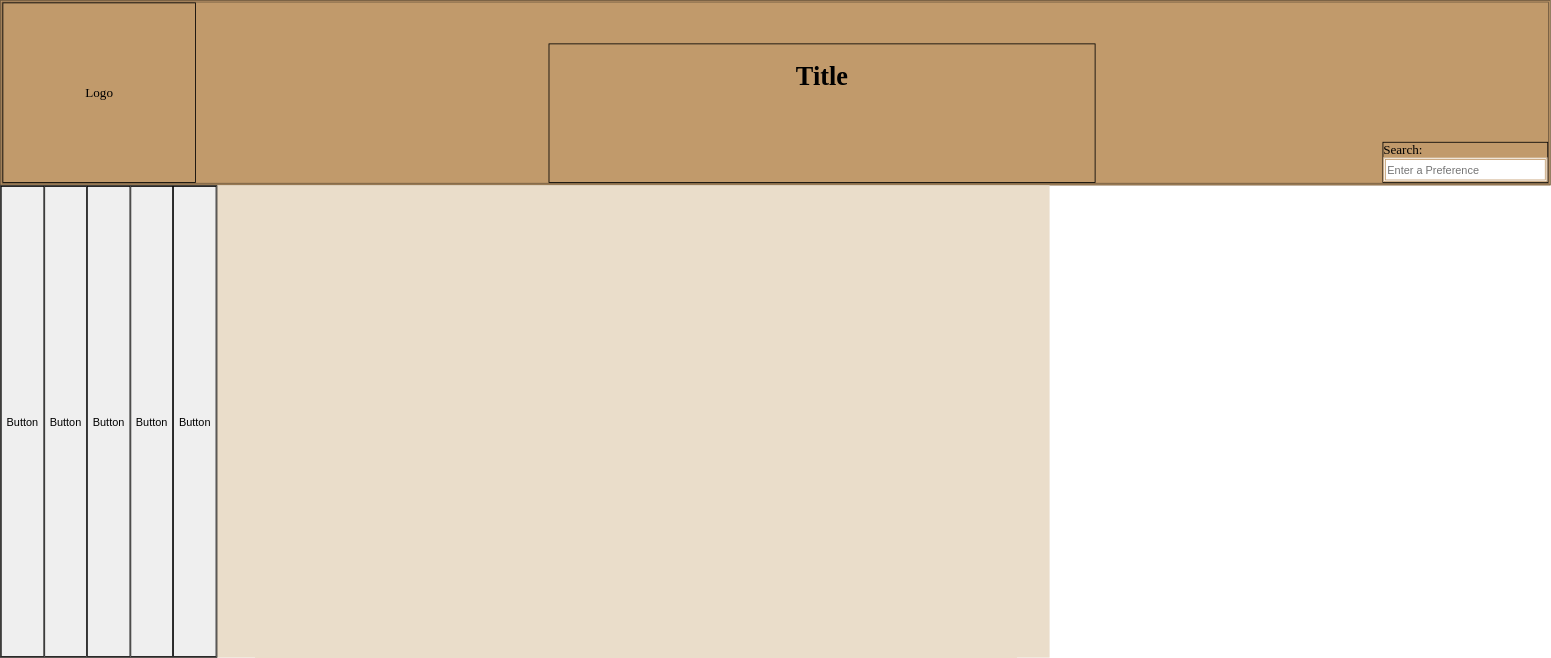
Repository: joshliu14/Travel-Mug
Page: /
An editor plug-in stored every save of this project. The page is shown before and after the next save, followed by the edit.
The browser window is 1280 px wide. The page is 1891 px wide, so the pictures cover 1891 px, including what lies to the right of the window. The pictures show the whole page, at 82% of full size.
The project was rebuilt for these pictures with package versions that can differ from the ones it lists, and the page was loaded fresh each time.

Above is the page before, as saved 2024-01-02 16:33:11.

### public/index.html
<!DOCTYPE html>
<html lang="en">
  <head>
    <meta charset="utf-8" />
    <link rel="icon" href="%PUBLIC_URL%/favicon.ico" />
    <link rel="stylesheet" href="./index.css" />
    <meta name="viewport" content="width=device-width, initial-scale=1" />
    <meta name="theme-color" content="#000000" />
    <meta
      name="description"
      content="Web site created using create-react-app"
    />
    <link rel="apple-touch-icon" href="%PUBLIC_URL%/logo192.png" />
    <!--
      manifest.json provides metadata used when your web app is installed on a
      user's mobile device or desktop. See https://developers.google.com/web/fundamentals/web-app-manifest/
    -->
    <link rel="manifest" href="%PUBLIC_URL%/manifest.json" />
    <!--
      Notice the use of %PUBLIC_URL% in the tags above.
      It will be replaced with the URL of the `public` folder during the build.
      Only files inside the `public` folder can be referenced from the HTML.

      Unlike "/favicon.ico" or "favicon.ico", "%PUBLIC_URL%/favicon.ico" will
      work correctly both with client-side routing and a non-root public URL.
      Learn how to configure a non-root public URL by running `npm run build`.
    -->
    <title>Travel Mug</title>
  </head>
  <body>
    <noscript>You need to enable JavaScript to run this app.</noscript>
    <div id="root"></div>
    <!--
      This HTML file is a template.
      If you open it directly in the browser, you will see an empty page.

      You can add webfonts, meta tags, or analytics to this file.
      The build step will place the bundled scripts into the <body> tag.

      To begin the development, run `npm start` or `yarn start`.
      To create a production bundle, use `npm run build` or `yarn build`.
    -->
  </body>
</html>

### src/index.js
import React from "react";
import ReactDOM from "react-dom";
import App from "./App";

import { BrowserRouter } from "react-router-dom";

ReactDOM.render(
  <BrowserRouter>
    <App />
  </BrowserRouter>,
  document.getElementById("root")
);

### src/App.js
import React from "react";
import Home from "./Home";

import { Switch, Route } from "react-router-dom";

const App = () => {
  return (
    <Switch>
      <Route exact path="/">
        <Home />
      </Route>
    </Switch>
  );
};

export default App;

### src/Home.js
import React from "react";
import "./Home.css";

/*import { Link } from "react-router-dom";
 <div className="nav">
            <Link to="/">Home</Link>
            <Link to="/">About</Link>
            <Link to="/">Contact</Link>
            <Link to="/">Blank</Link>
            <Link to="/">Blank</Link>
          </div> */

class Search extends React.Component {
  render() {
    return (
      <div>
        <div className="top">
          <div className="logo">Logo</div>
          <div className="title">
            <h1>Title</h1>
          </div>
          <div className="search-container">
            Search:{" "}
            <input className="search-bar" placeholder="Enter a Preference" />
          </div>
        </div>
        <div className="bottom">
          <div className="aside">
            <button>Button</button>
            <button>Button</button>
            <button>Button</button>
            <button>Button</button>
            <button>Button</button>
          </div>
        </div>
      </div>
    );
  }
}

export default Search;

### src/Home.css
.top {
  background-color: #c19a6b;
  display: flex;
  min-width: fit-content;
  min-height: 20vh;
  border-width: 3px;
  border-color: #6d573d;
  border-style: double;
}

.logo {
  padding: 100px;
  border: 1px solid black;
}

.title {
  text-align: center;
  min-width: 665px;
  margin-top: 50px;
  margin-left: 430px;
  margin-right: 200px;
  border: 1px solid black;
}

.nav {
  align-self: last baseline;
  display: flex;
  justify-content: center;
  border: 1px solid black;
}
.nav a {
  font-size: large;
  padding: 10px 20px;
  color: black;
  display: block;
  text-decoration: none;
}

.nav a:hover {
  color: aliceblue;
  background-color: #6d573d;
}
.bottom {
  background-color: #eaddca;
  display: flex;
  min-width: fit-content;
  min-height: 80vh;
}

.search-container {
  align-self: last baseline;
  border: 1px solid black;
  margin-left: 150px;
}
.search-bar {
  width: 200px;
  height: 30px;
  box-sizing: border-box;
  border-width: 3px;
  border-color: #c19a6b;
  border-style: double;
}

.aside {
  display: flex;
  justify-content: center;
  margin-left: 0px;
  margin-right: 0px;
  border: 1px solid black;
}

button {
  display: block;
  border: 1px solid black;
}

### public/index.css
html,
body {
  margin: 0px;
  padding: 0px;
}

After the next save:
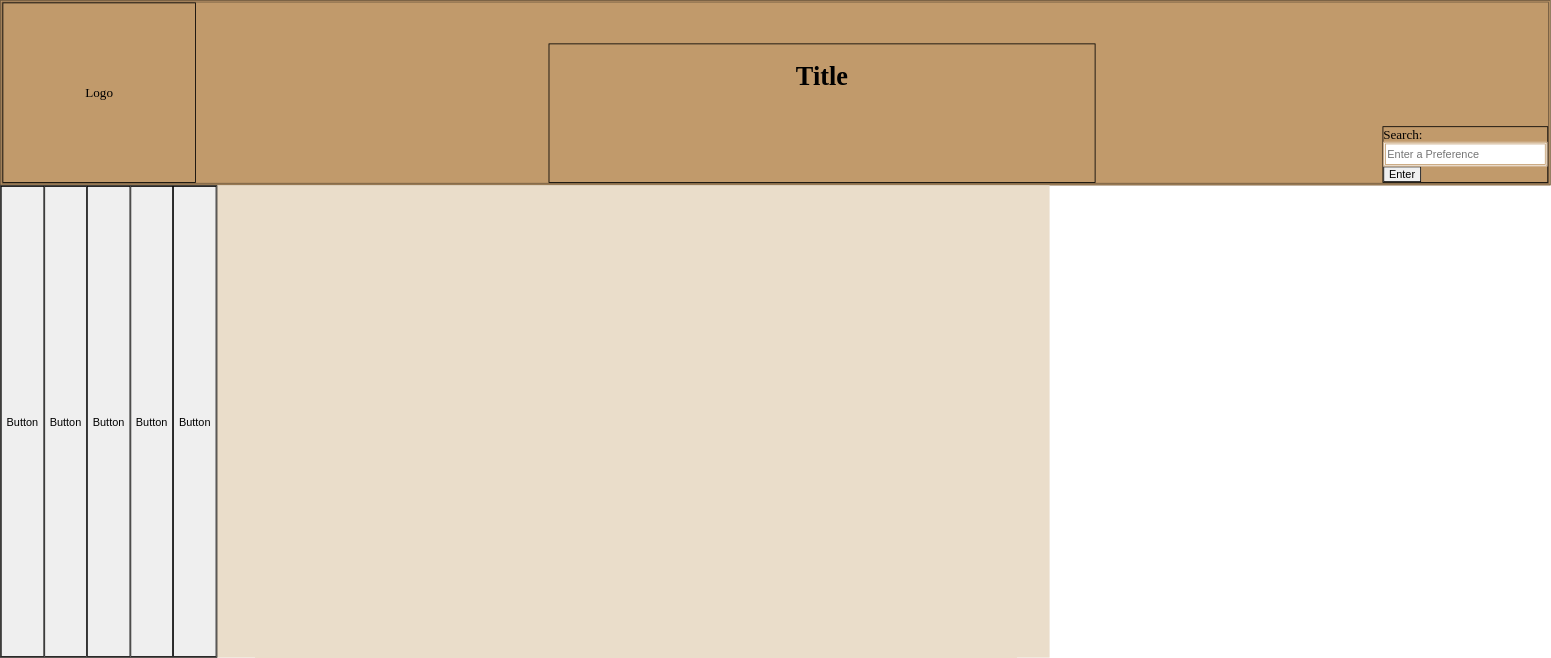
Saved 38 s later.
--- a/src/Home.js
+++ b/src/Home.js
@@ -22,6 +22,7 @@ class Search extends React.Component {
           <div className="search-container">
             Search:{" "}
             <input className="search-bar" placeholder="Enter a Preference" />
+            <button>Enter</button>
           </div>
         </div>
         <div className="bottom">
